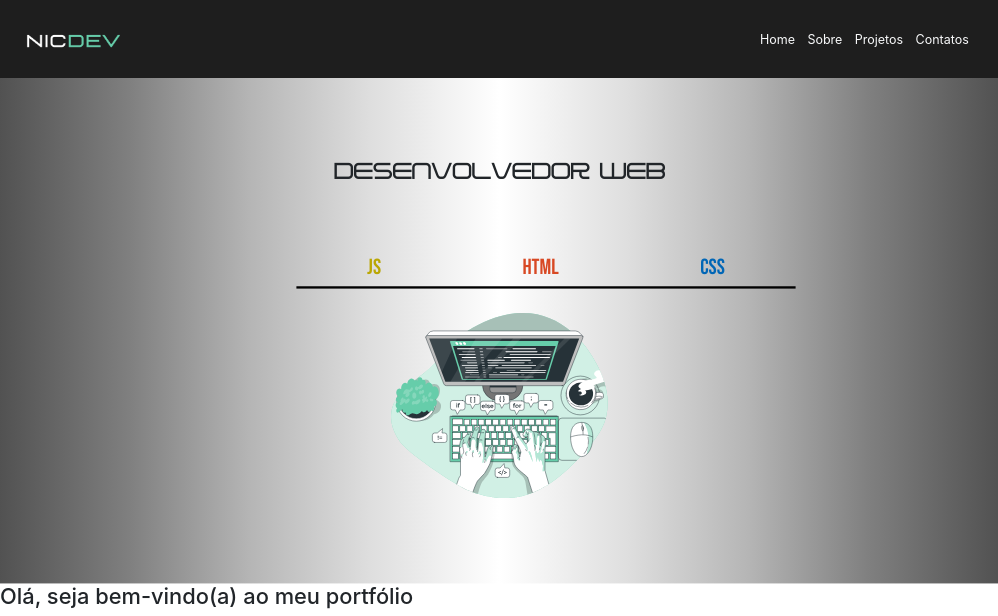
Repository: Leonngc/nicdev
Page: index.html
The author's editor kept a copy of each file at every save. The page is drawn from the files as they stood at one save, then again after a run of saves.
The browser window is 1280 px wide. The pictures show the whole page, at 78% of full size.
Some web libraries are served in a nearby version.

Above is the page before, as saved 2023-04-14 11:57:04.

After the next 2 saves:
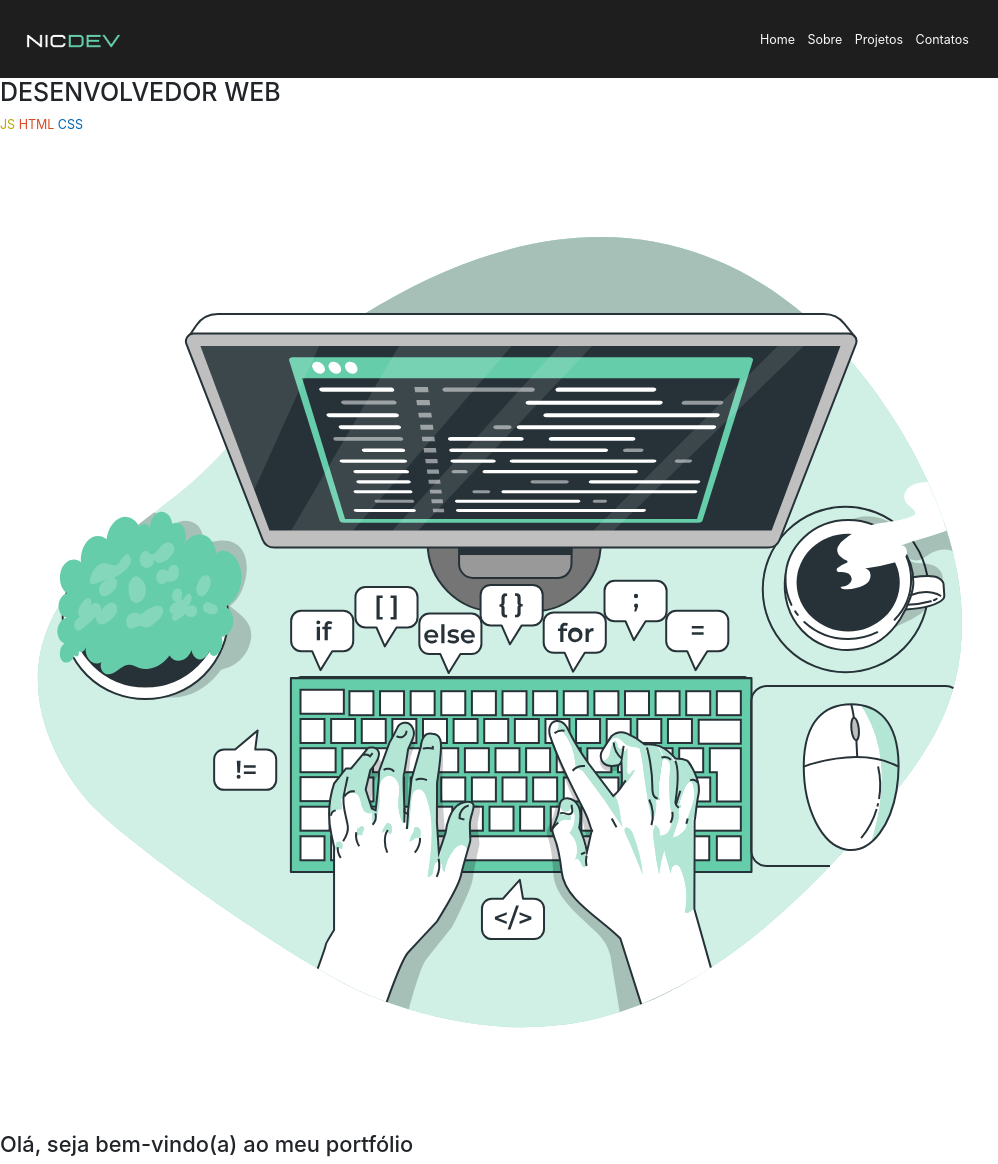
The 2 saves are shown as one change because they came seconds apart.
The last was saved 7 s later.
--- a/styles/gradiente.css
+++ b/styles/gradiente.css
@@ -1,4 +1,4 @@
-@import url('https://fonts.googleapis.com/css2?family=Bebas+Neue&display=swap');
+@import url('https://fonts.googleapis.com/css2?family=Bebas+Neue&display=swap'); /*
 @import url('https://cdn-uicons.flaticon.com/uicons-solid-straight/css/uicons-solid-straight.css');
 @font-face {
     font-family: Lastica;

After the 3 saves that followed:
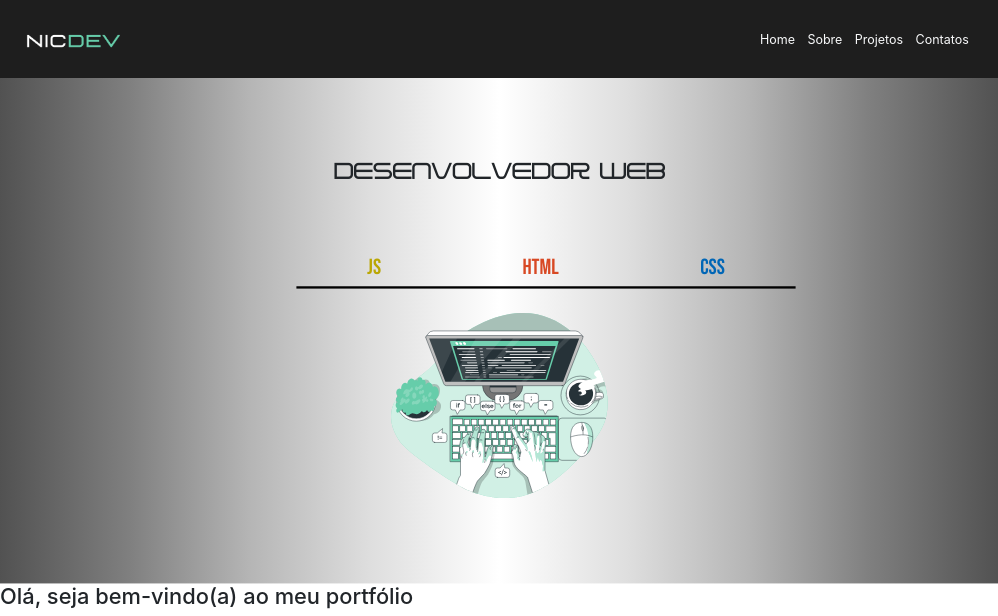
The 3 saves are shown as one change because 1 left the picture as it was and some came seconds apart.
The last was saved 35 s later.
--- a/styles/gradiente.css
+++ b/styles/gradiente.css
@@ -1,4 +1,4 @@
-@import url('https://fonts.googleapis.com/css2?family=Bebas+Neue&display=swap'); /*
+@import url('https://fonts.googleapis.com/css2?family=Bebas+Neue&display=swap'); /* CDN GOOGLE  FONT */
 @import url('https://cdn-uicons.flaticon.com/uicons-solid-straight/css/uicons-solid-straight.css');
 @font-face {
     font-family: Lastica;
